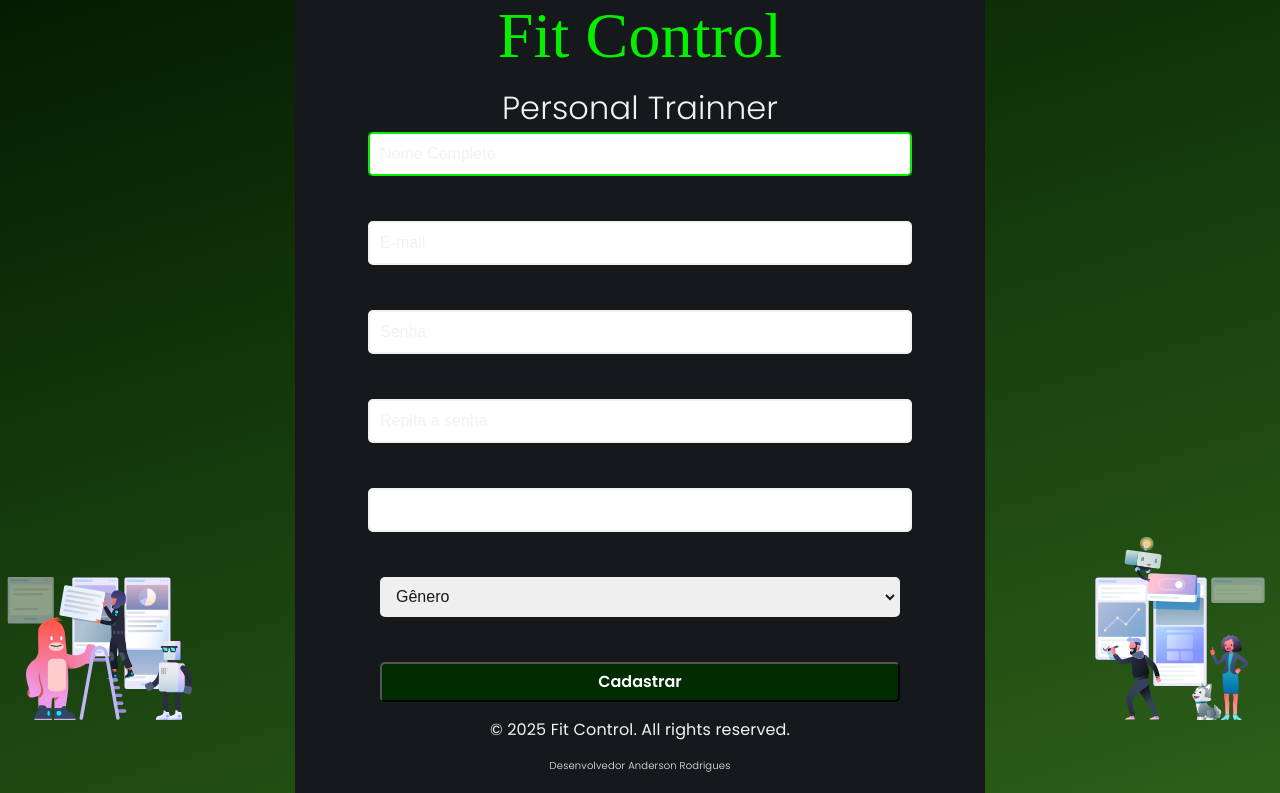
Repository: fit-control/frontend-fit-control
Page: /cadastro
These files come from the project's save history. The page is drawn as it stood at one moment and after the next save; the edit follows.
The browser window is 1280 px wide. The pictures show the whole page.
The page's requests for data from a server got no answer. Some web fonts or font styles are not loaded; a fallback is used. The project was rebuilt for these pictures with package versions that can differ from the ones it lists, and the page was loaded fresh each time. No one was signed in, and anything a server would have sent is missing. Also part of the build but not shown: next.config.js, vite.config.ts, src/components/containerCenterLogin.tsx, src/pages/About.tsx, src/pages/NotFound.tsx, src/components/AuthRoutes.tsx, src/pages/PaginaTeste.tsx.

Above is the page before, as saved 2025-03-22 15:07:12.

### src/main.tsx
import { StrictMode } from 'react'
import { createRoot } from 'react-dom/client'
import './App.css'
import App from './App.tsx'
import { AuthProvider } from './context/auth.tsx'

createRoot(document.getElementById('root')!).render(
  <StrictMode>
    <AuthProvider>
      <App />
    </AuthProvider>
  </StrictMode>,
)

### src/App.css
@import url('https://fonts.googleapis.com/css2?family=Alike+Angular&family=Platypi:ital,wght@0,300..800;1,300..800&family=Poppins:ital,wght@0,100;0,200;0,300;0,400;0,500;0,600;0,700;0,800;0,900;1,100;1,200;1,300;1,400;1,500;1,600;1,700;1,800;1,900&display=swap');
@import url('https://fonts.googleapis.com/css2?family=Aguafina+Script&family=Alike+Angular&family=Platypi:ital,wght@0,300..800;1,300..800&family=Poppins:ital,wght@0,100;0,200;0,300;0,400;0,500;0,600;0,700;0,800;0,900;1,100;1,200;1,300;1,400;1,500;1,600;1,700;1,800;1,900&display=swap');
/* @tailwind base;
@tailwind components;
@tailwind utilities; */

/* :root {
  --background: #ffffff;
  --foreground: #171717;
}

@media (prefers-color-scheme: light) {
  :root {
    --background: #0a0a0a;
    --foreground: #ededed;
  }
} */

body {
  padding: 0;
  margin: 0;
  font-family: Poppins, sans-serif;
  font-size: 16px;
  line-height: 1.5;
  font-weight: 400;
  width: 100vw;
  height: 100vh;
  letter-spacing: 0.01em;
  display: flex;
  justify-content: center;
  align-items: center;

  .iconPageLeft {
    position: absolute;
    left: 0;
    bottom: 0;
    max-width: 400px;
    max-height: 400px;

    @media (max-width: 1480px) {
      max-width: 300px;
      max-height: 300px;
    }
    @media (max-width: 1280px) {
      max-width: 200px;
      max-height: 200px;
    }
    @media (max-width: 930px) {
      display: none;
    }
  }
  .iconPageRight {
    position: absolute;
    right: 0;
    bottom: 0;
    max-width: 400px;
    max-height: 400px;

    @media (max-width: 1480px) {
      max-width: 300px;
      max-height: 300px;
    }

    @media (max-width: 1280px) {
      max-width: 200px;
      max-height: 200px;
    }
    @media (max-width: 930px) {
      display: none;
    }
  }

  .containerLogin {
    width: 650px;
    min-height: calc(100vh - 40px);
    display: flex;
    flex-direction: column;
    justify-content: space-between;
    padding: 20px;
    align-items: center;
    background-color: #16191B;

    @media (max-width: 930px) {
      width: calc(100vw - 40px);
      overflow: hidden;
    }
    .divTitle {
      margin-top: 40px;
      display: flex;
      flex-direction: column;
      align-items: center;
      justify-content: center;

      h1 {
        margin: 0;
        color: #04F000;
        font-family: 'Aguafina Script', cursive;
        font-size: 4rem;
        font-weight: 400;
      }
      h3 {
        margin: 0;
        color: #F2F2F2;
        font-family: 'Poppins', sans-serif;
        font-size: 2rem;
        font-weight: 300;
      }
      p {
        color: #F2F2F2;
        font-size: 12px;
        font-weight: 300;
        margin: 0;
        text-align: center;
        display: flex;
      }
    }
    p {
      text-align: center;
      display: flex;
      color: #F2F2F2;
    }
    footer {
      display: flex;
      flex-direction: column;
      align-items: center;
      justify-content: center;

      .assignDeveloper {
        margin: 0%;
        color: #F2F2F2;
        font-size: 10px;
        font-weight: 300;
      }
    }

    .centerCard {
      display: flex;
      flex-direction: column;
      align-items: center;
      justify-content: center;
      gap: 10px;
      width: -webkit-fill-available;

      input, select {
        width: 80%;
        height: 40px;
        border: 2px solid #F2F2F2;
        border-radius: 5px;
        padding: 0 10px;
        /* background-color: #16191B; */
        color: #16191B;
        font-size: 16px;
        font-weight: 300;
        outline: none;
        margin-bottom: 35px;
        transition: all 0.3s ease;
        &::placeholder {
          color: #F2F2F2;
          font-size: 16px;
          font-weight: 300;
        }
        &:focus {
          border-color: #04F000;
        }
      }
      label {
        color: #F2F2F2;
        font-size: 16px;
        font-weight: 300;
        display: flex;
        justify-content: flex-start;
        width: 80%;
      }
      button {
        width: 80%;
        height: 40px;
        border-radius: 5px;
        padding: 0 10px;
        background-color: #012B00;
        color: #FFFFFF;
        font-family: 'Poppins', sans-serif;
        font-size: 16px;
        font-weight: 600;
        outline: none;
        transition: all 0.3s ease;
      }
      button:hover {
        background-color: #F2F2F2;
        color: #16191B;
        cursor: pointer;
      }
      button:active {
        background-color: #04F000;
        color: #16191B;
        cursor: pointer;
        opacity: 0.5;
      }
      button:disabled {
        background-color: #F2F2F2;
        color: #16191B;
        cursor: not-allowed;
        opacity: 0.5;
      }
      button:focus {
        outline: none;
      }
      button:focus-visible {
        outline: 1px solid #F2F2F2;
      }
      .registerButton {
        background-color: #F2F2F2;
        color: #012B00;
        font-family: 'Poppins', sans-serif;
        font-size: 16px;
        font-weight: 600;
        outline: none;
        transition: all 0.3s ease;
        margin-top: 10px;

      }
      .registerButton:hover {
        background-color: #012B00;
        text-decoration: underline;
        color: #F2F2F2;
        cursor: pointer;
        transition: all 0.4s ease-in-out;
      }
      .registerLink {
        color: #04F000;
        font-weight: 600;
      }
      .forgotPassword {
        margin-top: 10px;
        font-size: 12px;
        font-weight: 300;
        gap: 3px;
      }
      .registerLink {
        color: #04F000;
        font-weight: 600;
        text-decoration: none;
      }
      .registerLink:hover {
        text-decoration: underline;
      }
    }
  }
}

### src/App.tsx
import './App.css'
import Home from './pages/Home'
import About from './pages/About';
import NotFound from './pages/NotFound';
import { BrowserRouter as Router, Route, Routes } from "react-router-dom";
import AuthRoutes from './components/AuthRoutes';
import PaginaTeste from './pages/PaginaTeste';

function App() {

  return (
    <Router>
      <div>
      <Routes>
        <Route index element={<Home />} />
        <Route path="/cadastro" element={<Home />}/>
          <Route element={<AuthRoutes />}>
            <Route path="/pagina-teste" element={<PaginaTeste />}/>
          </Route>
          <Route path="/about" element={<About />} />
        <Route path="*" element={<NotFound />} />
      </Routes>
      </div>
    </Router>
  );
}

export default App

### src/context/auth.tsx
import React, { createContext, useContext, useState, useEffect, useCallback } from "react";
import axios from "axios";
import api from "../api/api";

interface User {
  id: string;
  email: string;
  password: string;
  name: string;
  role: string;
}

interface AuthContextType {
  user: User | null;
  login: (email: string, password: string) => Promise<User>;
  logout: () => void;
  isAuthenticated: boolean;
}

// Criação do contexto
const AuthContext = createContext<AuthContextType>({
  user: {
    id: '',
    email: '',
    password: '',
    name: '',
    role: ''
  },
  login: async () => ({
    id: '',
    email: '',
    password: '',
    name: '',
    role: ''
  }),
  logout: () => {},
  isAuthenticated: false
});

// Provider do contexto de autenticação
export const AuthProvider = ({ children }: { children: React.ReactNode }) => {
  const [user, setUser] = useState<User | null>(null);
  const [isAuthenticated, setIsAutenticatad] = useState<boolean>(false);

  const logout = () => {
    setIsAutenticatad(false);
    setUser(null);
    localStorage.removeItem("token");
    delete axios.defaults.headers.common["Authorization"];
  };

  const fetchUserData = useCallback(async (authToken: string) => {
    try {
      const response = await axios.get("/auth/me", {
        headers: { Authorization: `Bearer ${authToken}` },
      });
      setUser(response.data);
    } catch (error) {
      console.error("Erro ao buscar dados do usuário:", error);
      logout();
    }
  }, []);

  useEffect(() => {
    // Verifica se há um token salvo no localStorage ao carregar a aplicação
    const storedToken = localStorage.getItem("token");
    if (storedToken) {
      setIsAutenticatad(true);
      axios.defaults.headers.common["Authorization"] = `Bearer ${storedToken}`;
      fetchUserData(storedToken); // Busca os dados do usuário autenticado
    }
  }, [fetchUserData]);

  const login = async (email: string, password: string): Promise<User> => {
    console.log("Iniciando login com:", email, password);

    try {
      const response = await api.post("/api/login", { email, password });
      console.log("Resposta da API:", response.data);

      const { token } = response.data;

      if(token)setIsAutenticatad(true);
      localStorage.setItem("token", token);
      axios.defaults.headers.common["Authorization"] = `Bearer ${token}`;

      const fakeUser: User = {
        id: "123",
        email,
        password,
        name: "Usuário Fake",
        role: "Admin",
      };

      setUser(fakeUser);
      console.log("Usuário autenticado:", fakeUser);
      console.log(isAuthenticated)

      return fakeUser;
    } catch (error) {
      console.warn("Erro no login:", error);
      throw error; // Re-lança o erro para ser tratado pelo componente
    }
  };



  return (
    <AuthContext.Provider value={{ user, isAuthenticated, login, logout }}>
         {children}
    </AuthContext.Provider>
  );
};

// Hook para consumir o contexto
export const useAuth = () => useContext(AuthContext);

### src/pages/Home.tsx
import ContainerCenterCadastro from "../components/containerCenterCadastro";
import ContainerCenterLogin from "../components/containerCenterLogin";
import { useLocation } from "react-router-dom";

function Home() {
  const location = useLocation();
  return (
    <div className="items-center justify-items-center min=w-screen flex fundo_login" style={{
      width: '100vw',
      background: 'linear-gradient(343deg, rgba(22, 77, 0, 0.9), rgba(0, 25, 0, 10.9))'
    }}>
       {location.pathname === "/cadastro" ? <ContainerCenterCadastro /> : <ContainerCenterLogin />}
    </div>
  );
}
export default Home;

### src/api/api.ts
import axios from "axios";

const baseURL = import.meta.env.VITE_BASE_URL; // Use import.meta.env
const api = axios.create({
  baseURL: baseURL, // URL base da API
  timeout: 5000, // Tempo limite para requisições
  headers: { "Content-Type": "application/json" }, // Cabeçalhos padrão
});

// Interceptor para adicionar o token de autenticação nas requisições
api.interceptors.request.use(
    (config) => {
      // Recuperar o token do localStorage (ou outra fonte)
      const token = localStorage.getItem("token");

      if (token) {
        // Adicionar o token no cabeçalho da requisição
        config.headers.Authorization = `Bearer ${token}`;
      }

      // Retornar a configuração modificada
      return config;
    },
    (error) => {
      // Tratar erros na configuração da requisição
      console.error("Erro ao configurar a requisição:", error);
      return Promise.reject(error);
    }
  );

  // Interceptor para tratar respostas da API
  api.interceptors.response.use(
    (response) => {
      // Aqui você pode processar a resposta antes de retornar os dados
      console.log("Resposta bem-sucedida:", response);
      return response;
    },
    (error) => {
      // Tratar erros de resposta (ex.: erro 401 ou 500)
      if (error.response) {
        console.error("Erro na resposta da API:", error.response.data);

        // Exemplo: Redirecionar para login em caso de erro 401 (não autorizado)
        if (error.response.status === 401) {
          console.log("Token expirado. Redirecionando para login...");
          window.location.href = "/";
        }
      } else {
        console.error("Erro na requisição:", error.message);
      }

      return Promise.reject(error);
    }
  );

export default api;

### src/components/containerCenterCadastro.tsx
import { useAuth } from "../context/auth";
import { useState } from "react";
// import { useNavigate } from "react-router-dom";
import { ToastContainer, toast } from "react-toastify";
import "react-toastify/dist/ReactToastify.css";
import { useForm } from 'react-hook-form'
import { User } from "../types/AuthType";

const ContainerCenterCadastro = () => {

  const { login } = useAuth();
//   const navigate = useNavigate();
  const [loading, setLoading] = useState(false);


  const [errorMessage, setErrorMessage] = useState<string | undefined>(
    undefined,
  )

  const {
    handleSubmit,
    register,
    getValues} = useForm<User>({
    mode: 'onSubmit',
  })

  const handleFormSubmit = async ({ nomeCompleto, email, password, genero }: User) => {
    console.log("ENTROU AQUI", nomeCompleto, email, password, genero);
    setLoading(true);
    // const credentials = { user, password }
    // setDadosProfileLocalStorage(credentials)

    try {
      const response = await login(email, password)
      if (response) {
        toast.success(`Seja bem vindo ${response.name}! login realizado com sucesso.`)
        // setTimeout(() => {
        //   navigate('/pagina-teste')
        // }, 1000)
      }
    } catch (error) {
      // setFocus('email')
      // setFocus('password')
      toast.error('Email ou senha inválidos. Tente novamente.')
      if (error instanceof Error) setErrorMessage(error.message)
        setTimeout(() => {
          setErrorMessage(() => '')
        }, 2000)
    }finally{
      setLoading(false);
    }
  }
  return (
    <form style={{
      width: '100vw',
      justifyContent: "center",
      display: "flex",
    }} onSubmit={(e) => {
      e.preventDefault();
      console.log("Valores no form:", getValues());
      handleSubmit(handleFormSubmit)(e);
    }}>
      <img src="/trello-right.e6e102c7 (1).svg" alt="iconPageLeft" className="iconPageLeft" />
        <main className="containerLogin">
        <div className="divTitle">
          <h1 className="title">Fit Control</h1>
          <h3 className="subtitle">Personal Trainner</h3>
        </div>
        <div className="centerCard">
            <input
            type="text"
            placeholder="Nome Completo"
            {...register('nomeCompleto', {
              required: 'Nome é obrigatório',
            })}
            autoFocus
            style={{ borderColor: errorMessage ? "red" : "" }}
          />
          <input
            type="text"
            placeholder="E-mail"
            {...register('email', {
              required: 'Email é obrigatório',
              pattern: {
                value: /^[a-zA-Z0-9._%+-]+@[a-zA-Z0-9.-]+\.[a-zA-Z]{2,}$/,
                message: 'Email inválido',
              },
            })}
            style={{ borderColor: errorMessage ? "red" : "" }}
          />
          <input
            type="password"
            placeholder="Senha"
            {...register('password', {
              required: 'Senha é obrigatória',
              pattern: {
                value:
                  /^(?=.*\d)(?=.*[a-z])(?=.*[A-Z])(?=.*[!@#$%^&.*])[0-9a-zA-Z!@#$%^&*]{6,}$/,
                message:
                  'Senha deve ter pelo menos 6 caracteres, incluindo letras maiúsculas, minúsculas, números e caracteres especiais',
              },

            })}
            style={{ borderColor: errorMessage ? "red" : ""}}
          />
          <input
            type="password"
            placeholder="Repita a senha"
            {...register('password', {
              required: 'Senha é obrigatória',

            })}
            style={{ borderColor: errorMessage ? "red" : ""}}
          />
          <input
            type="text"
            {...register('telefone')}
            style={{ borderColor: errorMessage ? "red" : ""}}
          />
           <select {...register('genero')} style={{ borderColor: errorMessage ? "red" : "transparent" }}>
                <option value="">Gênero</option>
                <option value="homem">Homem</option>
                <option value="mulher">Mulher</option>
            </select>

          <button disabled={loading} type="submit">
            {loading ? 'Carregando...' : 'Cadastrar'}
          </button>
        {errorMessage && (
              <div style={{ maxWidth: '85%', textAlign: 'center', color: 'red' }}>
                {errorMessage}
              </div>
            )}
        </div>

        <footer className="">
          <p className="">
            &copy; {new Date().getFullYear()} Fit Control. All rights reserved.
          </p>
          <p className="assignDeveloper">Desenvolvedor Anderson Rodrigues</p>
        </footer>
      </main>
      <img src="/trello-left.4f52d13c (1).svg" alt="iconPageRight" className="iconPageRight" />
      <ToastContainer />
    </form>
  );
};

export default ContainerCenterCadastro;

Loaded but not shown: index.html (common file); tailwind.config.js (common file)

After the next save:
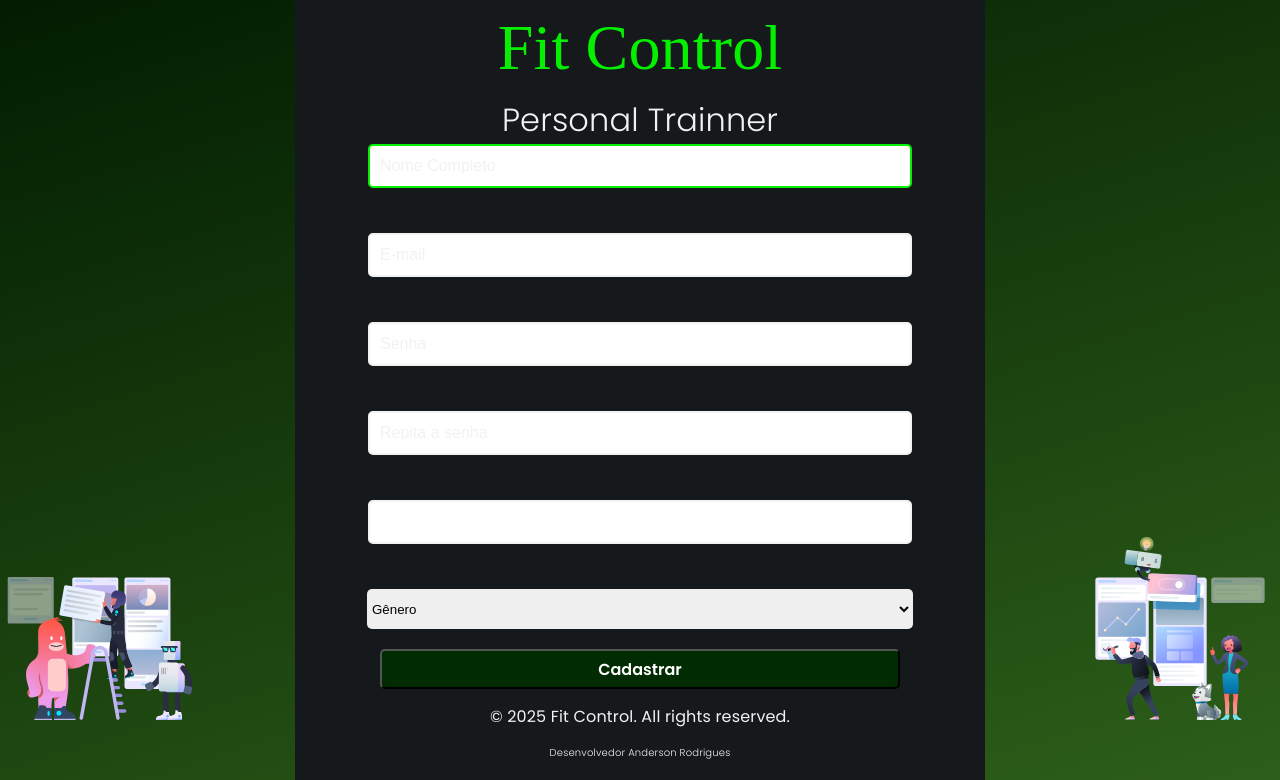
Saved 4 min 24 s later.
--- a/src/App.css
+++ b/src/App.css
@@ -141,7 +141,13 @@ body {
       gap: 10px;
       width: -webkit-fill-available;
 
-      input, select {
+      select {
+        width: 84%;
+        border-radius: 5px;
+        height: 40px;
+        margin-bottom: 10px;
+      }
+      input {
         width: 80%;
         height: 40px;
         border: 2px solid #F2F2F2;
